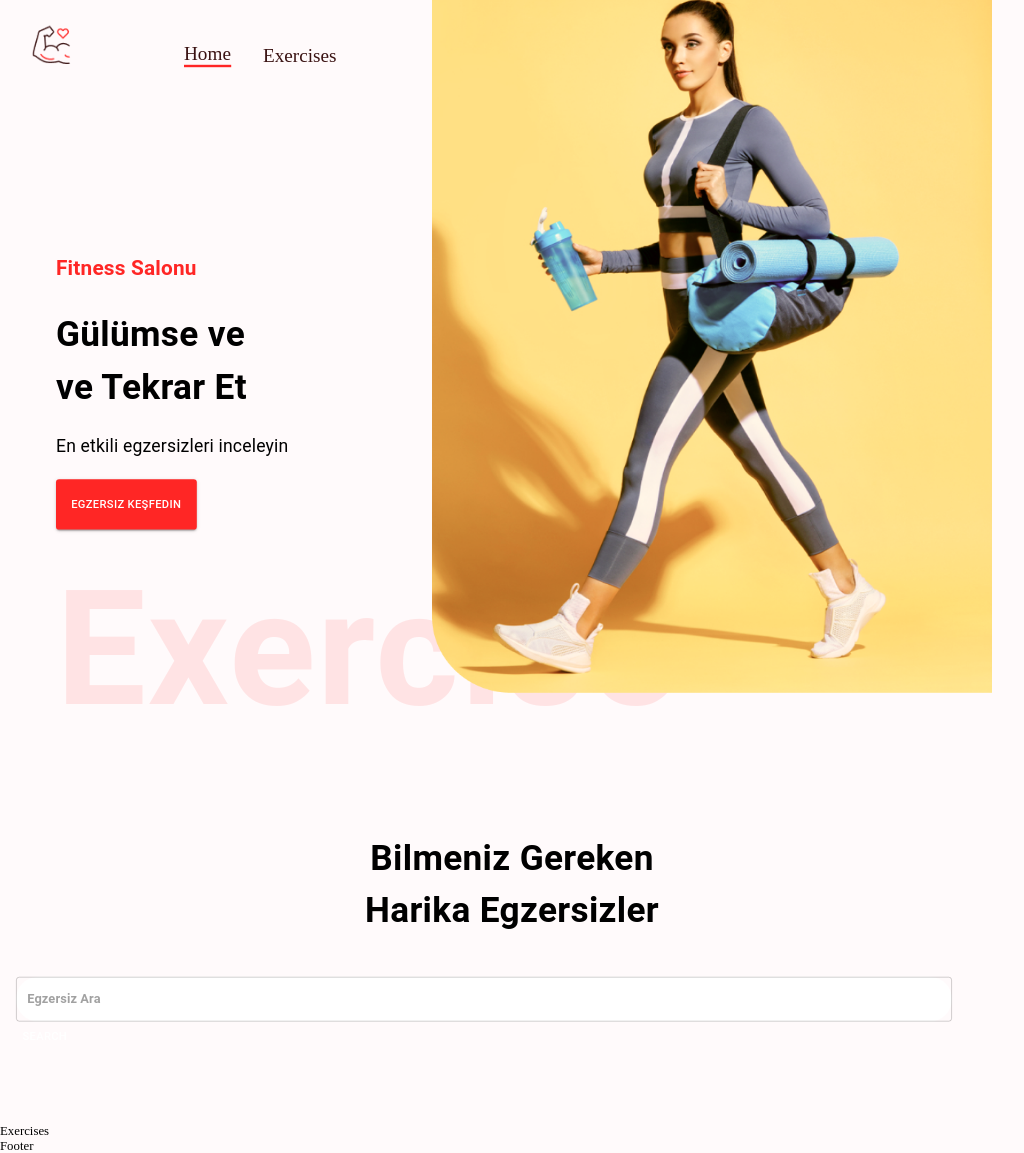
Repository: Kubraaygun/Gym_App
Page: /
An editor plug-in stored every save of this project. The page is shown before and after a run of saves, followed by the edit.
The browser window is 1280 px wide. The pictures show the whole page, at 80% of full size.
The project was rebuilt for these pictures with package versions that can differ from the ones it lists, and the page was loaded fresh each time. Also part of the build but not shown: src/pages/ExerciseDetail.js.

Above is the page before, as saved 2025-01-25 18:05:36.

After the next 2 saves:
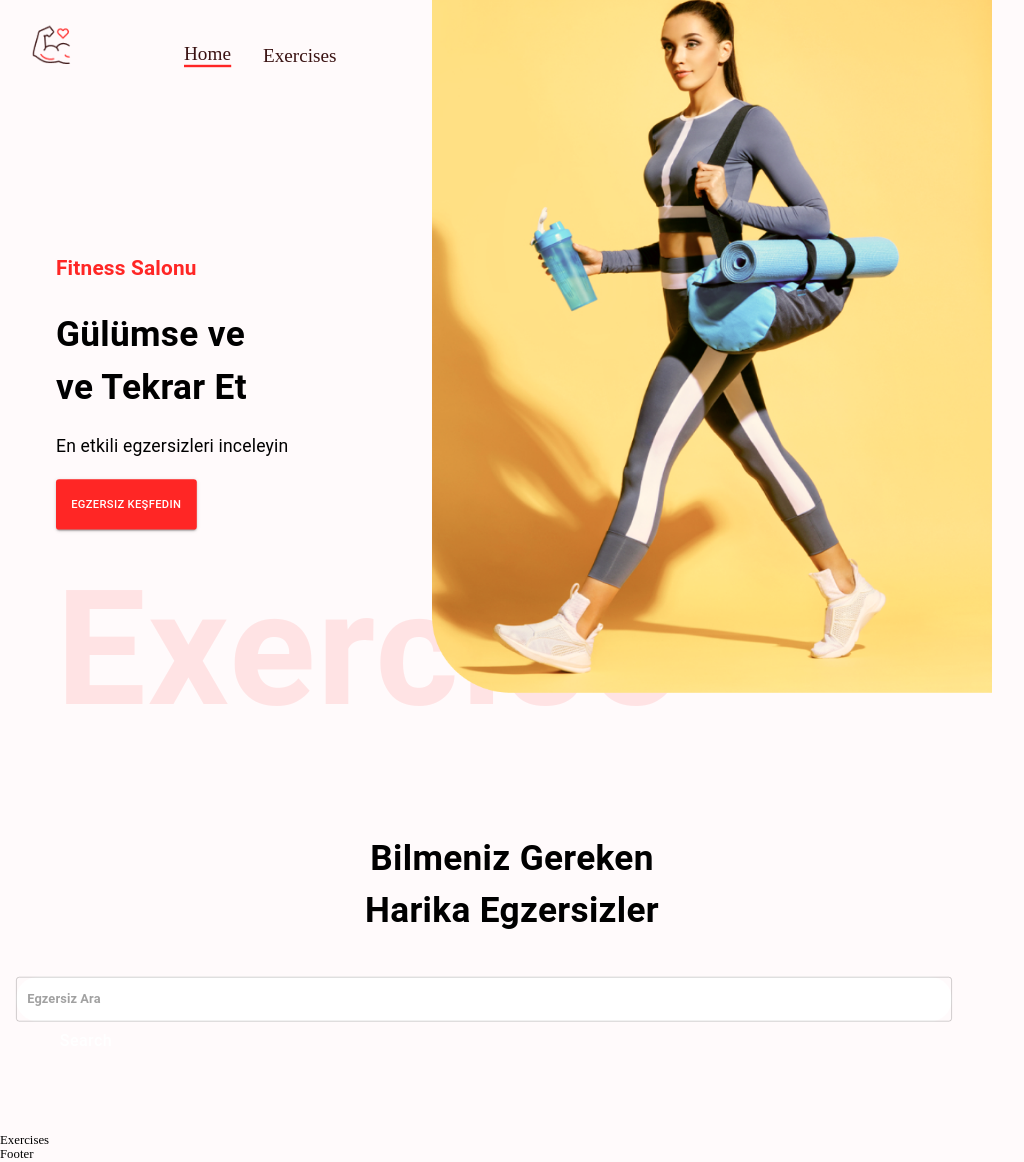
The 2 saves are shown as one change because 1 did not build or start.
The last was saved 69 s later.
--- a/src/components/SearchExercises.js
+++ b/src/components/SearchExercises.js
@@ -27,7 +27,13 @@
         />
         <Button
           className="search-btn"
-          sx={{ bgColor: "#FF2625", color: "#fff" }}
+          sx={{
+            bgColor: "#FF2625",
+            color: "#fff",
+            textTransform: "none",
+            width: { lg: "175px", sx: "80px" },
+            fontSize: { lg: "20px", sx: "14px" },
+          }}
         >
           Search
         </Button>
